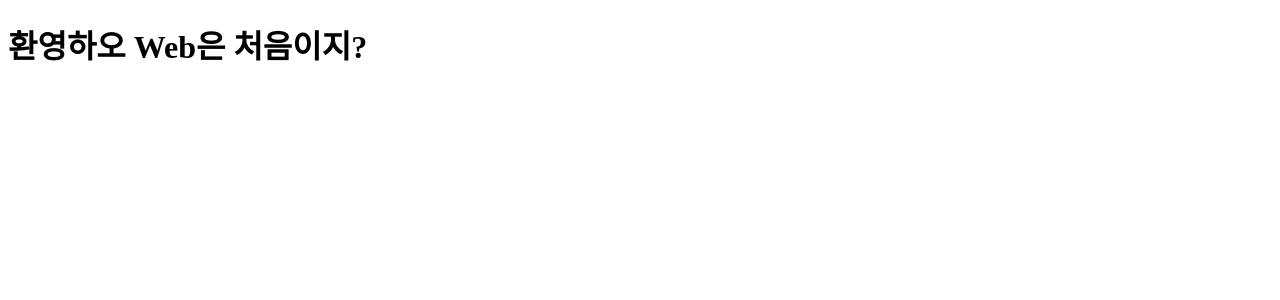
Repository: 1400CP/05_server-workspace1
Page: 1_Servlet/WebContent/index.html
The author's editor kept a copy of each file at every save. The page is drawn from the files as they stood at one save, then again after the next save.
The browser window is 1280 px wide. The pictures show the whole page.

Above is the page before, as saved 2025-02-14 01:33:15.

After the next save:
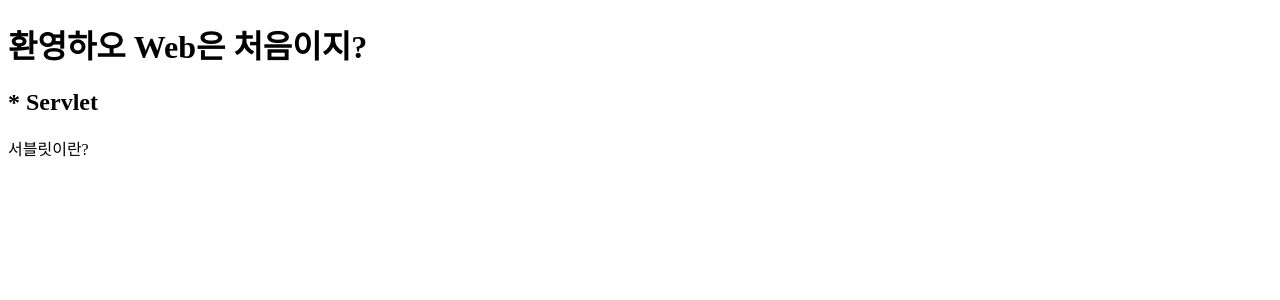
Saved 28 s later.
--- a/1_Servlet/WebContent/index.html
+++ b/1_Servlet/WebContent/index.html
@@ -8,7 +8,11 @@
 
 	<h1>환영하오 Web은 처음이지?</h1>
 
-	<h2></h2>
+	<h2>* Servlet</h2>
+
+	<p>
+		서블릿이란?
+	</p>
 
 </body>
 </html>
